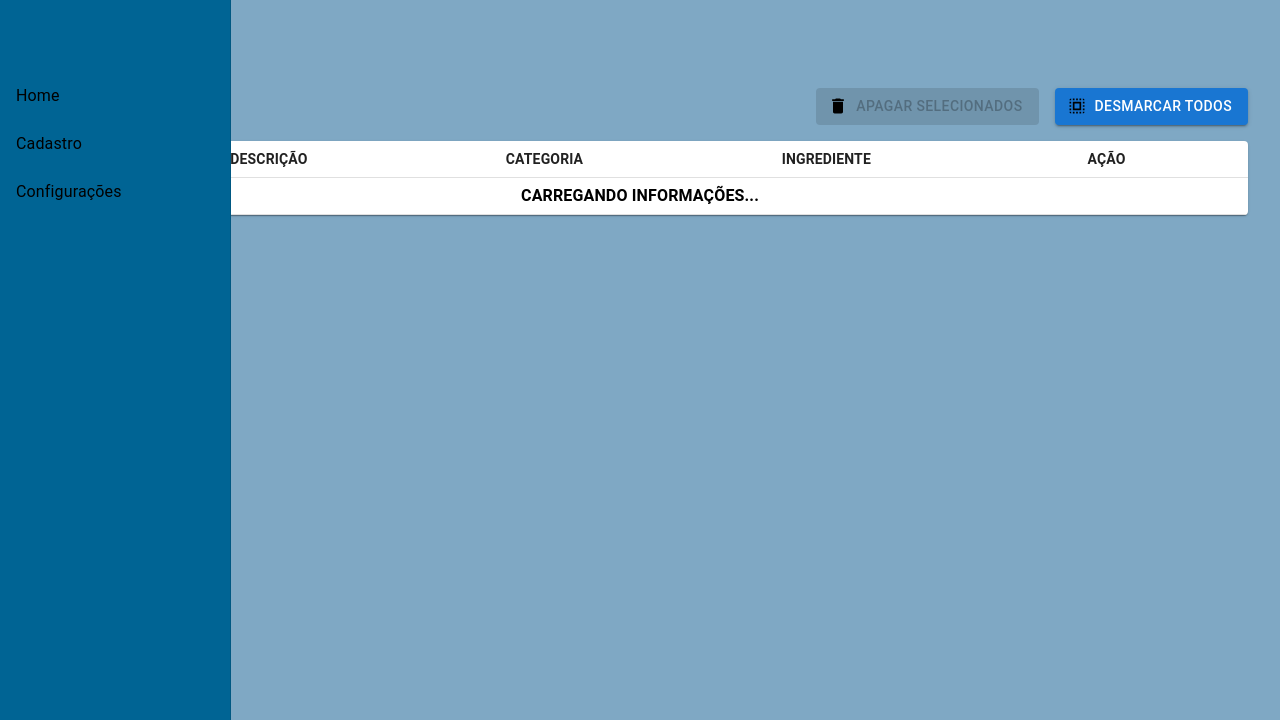
Repository: oZanella/projeto_windel_web_CRM
Page: /
The author's editor kept a copy of each file at every save. The page is drawn from the files as they stood at one save, then again after a run of saves.
The browser window is 1280 px wide. The pictures show the whole page.
The page's requests for data from a server got no answer. The project was rebuilt for these pictures with package versions that can differ from the ones it lists, and the page was loaded fresh each time. No one was signed in, and anything a server would have sent is missing. Also part of the build but not shown: vite.config.js, src/components/Button.jsx, src/components/ModalConfirmDelete.jsx, src/routes/Configuracoes.jsx. Imported but missing from the stored project, and not drawn on this page: src/routes/Cadastro.jsx.

Above is the page before, as saved 2024-08-19 08:42:32.

### index.html
<!doctype html>
<html lang="en">

<head>
  <meta charset="UTF-8" />
  <link rel="icon" type="image/svg+xml" href="./src/image/LogoWindel.svg" />
  <link rel="stylesheet" href="src/style/GlobalStyles.css" />
  <link href="https://fonts.googleapis.com/css2?family=Playfair+Display&display=swap" rel="stylesheet">

  <meta name="viewport" content="width=device-width, initial-scale=1.0" />
  <title>Projeto Teste - CRM </title>
</head>

<body>
  <div id="root"></div>
  <script type="module" src="/src/main.jsx"></script>
</body>

</html>

### src/style/GlobalStyles.css
:root {
  --click: #7fa8c4;
  --primary: #E8F1F2;
  --darkblue: #13293D;
  --secondary: #000000;
  --ligthblue: #1b98e0;
  --animation: #006494;
  --ligthkgrey: #D3D3D3;
  --blueceledron: #247ba0;
  --delete: #FF0000;
}

* {
    color: var(--secondary);
}

body {
  background-color: var(--click);
}

### src/main.jsx
import { createBrowserRouter, RouterProvider, Navigate } from "react-router-dom"
import { createRoot } from 'react-dom/client'
import { StrictMode } from 'react'
import { App } from './App.jsx'

import './style/GlobalStyles.css'

//páginas do projeto
import { Cadastro } from './routes/Cadastro.jsx'
import { Home } from './routes/Home.jsx'
import { Configuracoes } from './routes/configuracoes.jsx'

const router = createBrowserRouter([
  {
    element: <App />,
    children: [
      {
        path: '/',
        element: <Navigate to="/home" replace />,
      },
      {
        path: '/home',
        element: <Home />,
      },
      {
        path: '/cadastro',
        element: <Cadastro />,
      },
      {
        path: '/configuracoes',
        element: <Configuracoes />,
      },
    ],
  },
])

createRoot(document.getElementById('root')).render(
  <StrictMode>
    <RouterProvider router={router} />
  </StrictMode>,
)

### src/App.jsx
import { Header } from './components/Header'
import { Outlet } from 'react-router-dom'
import { Box } from '@mui/material'
import './style/GlobalStyles.css'

export function App() {
  return (
    <Box sx={{ p: { xs: 2, sm: 3 }, marginTop: { xs: 8, sm: 8 } }}>
      <Header />
      <Box>
        <Outlet />
      </Box>
    </Box>
  );
}

### src/routes/Home.jsx
import React, { useEffect, useState } from 'react';
import { Box, TextField, Button, Dialog, DialogActions, DialogContent, DialogTitle, Select, MenuItem, FormControl, InputLabel } from '@mui/material';

import { handleShowDetails, handleEdit, handleSave, handleInputChange } from '../components/Handle';
import { CardDados } from '../components/TableHome';

import { blogFetch } from '../axios/config';


export const Home = () => {
  const [posts, setPosts] = useState([]);
  const [selectInfo, setSelectInfo] = useState(null);
  const [modeEdit, setModeEdit] = useState(null);
  const [dataEdit, setDataEdit] = useState({});
  const [openAddDialog, setOpenAddDialog] = useState(false);
  const [newPost, setNewPost] = useState({ name: '', description: '', category: '' });

  const getPosts = async () => {
    try {
      const response = await blogFetch.get("/recipe");
      const uniqueData = response.data.filter((value, index, self) =>
        index === self.findIndex((t) => t.id === value.id)
      );
      setPosts(uniqueData); // Garante que não tenha dados duplicados
    } catch (error) {
      console.log(error);
    }
  };

  useEffect(() => {
    getPosts();
  }, []);

  const handleDelete = async (postId) => {
    try {
      await blogFetch.delete(`/recipe/${postId}`);
      setPosts(posts.filter(post => post.id !== postId));
      console.log('Post deletado com sucesso');
    } catch (error) {
      console.error('Erro ao deletar o post', error);
    }
  };

  const handleAddOpen = () => setOpenAddDialog(true);
  const handleAddClose = () => setOpenAddDialog(false);

  {/* API para envio do novo registro*/ }
  const handleAdd = async () => {
    try {
      const newPostFormatted = {
        name: newPost.name,
        description: newPost.description,
        ingredients: [],
        category: newPost.category,
        isFavorite: newPost.isFavorite
      };

      const response = await blogFetch.post("/recipe", newPostFormatted);
      setPosts([...posts, response.data]);
      setNewPost({ name: '', description: '', category: '', isFavorite: false });
      handleAddClose();
      console.log('Post adicionado com sucesso');
    } catch (error) {
      console.error('Erro ao adicionar o post', error);
    }
  };

  return (
    <Box>
      {/* Dados para Adicionar Novo Registro */}
      <Dialog open={openAddDialog} onClose={handleAddClose}>
        <DialogTitle>Adicionar Novo Registro</DialogTitle>
        <DialogContent>
          <TextField
            name="name"
            label="Nome"
            value={newPost.name}
            onChange={(e) => setNewPost({ ...newPost, name: e.target.value })}
            fullWidth
            sx={{ marginBottom: 2 }}
          />
          <TextField
            name="description"
            label="Descrição"
            value={newPost.description}
            onChange={(e) => setNewPost({ ...newPost, description: e.target.value })}
            fullWidth
            sx={{ marginBottom: 2 }}
          />
          <TextField
            name="category"
            label="Categoria"
            value={newPost.category}
            onChange={(e) => setNewPost({ ...newPost, category: e.target.value })}
            fullWidth
            sx={{ marginBottom: 2 }}
          />
          <FormControl fullWidth sx={{ marginBottom: 2 }}>
            <InputLabel>Favorito</InputLabel>
            <Select
              name="isFavorite"
              value={newPost.isFavorite}
              onChange={(e) => setNewPost({ ...newPost, isFavorite: e.target.value })}
              label="Favorito"
            >
              <MenuItem value={true}>Sim</MenuItem>
              <MenuItem value={false}>Não</MenuItem>

            </Select>
          </FormControl>
        </DialogContent>
        <DialogActions>
          <Button onClick={handleAddClose}>Cancelar</Button>
          <Button onClick={handleAdd}>Adicionar</Button>
        </DialogActions>
      </Dialog>

      <CardDados
        posts={posts}
        handleDelete={handleDelete}
        handleEdit={handleEdit}
        handleSave={handleSave}
        modeEdit={modeEdit}
        setModeEdit={setModeEdit}
        dataEdit={dataEdit}
        setDataEdit={setDataEdit}
        handleInputChange={handleInputChange}
        selectInfo={selectInfo}
        setSelectInfo={setSelectInfo}
        handleShowDetails={handleShowDetails}
      />
    </Box>
  );
};

### src/components/Header.jsx
import { AppBar, Toolbar, Typography, Box, Button, IconButton, Drawer, List, ListItem, ListItemText } from '@mui/material';
import MenuIcon from '@mui/icons-material/Menu';
import Logo from '../image/LogoWindel.svg';
import { Link } from 'react-router-dom';
import React, { useState } from 'react';

export const Header = () => {
  const [isDrawerOpen, setIsDrawerOpen] = useState(false);

  const toggleDrawer = (open) => () => {
    setIsDrawerOpen(open);
  };

  const menuItems = [
    { text: 'Home', link: '/home' },
    { text: 'Cadastro', link: '/cadastro' },
    { text: 'Configurações', link: '/configuracoes' },
  ];

  return (
    <>

      <AppBar
        position="fixed"
        sx={{
          display: { xs: 'flex', sm: 'none' },
          width: '100%',
          boxShadow: '0px 0.01px 11px var(--secondary)',
          top: 0,
          left: 0,
          backgroundColor: 'var(--darkblue)',
        }}
      >
        <Toolbar
          sx={{
            display: 'flex',
            justifyContent: 'space-between',
          }}
        >
          <IconButton
            edge="start"
            color="inherit"
            aria-label="menu"
            onClick={toggleDrawer(true)}
          >
            <MenuIcon />

          </IconButton>
          <Typography variant="h6" sx={{ flexGrow: 1 }}>
            Cooking Cake
          </Typography>

          <IconButton
            to={`/home`}
            sx={{
              cursor: 'default',
            }}
            component={Link}
            aria-label="logo"
          >
            <img src={Logo} alt="Logo" style={{ width: '50px', height: '40px' }} />
          </IconButton>
        </Toolbar>
      </AppBar>


      <Drawer
        anchor="left"
        open={isDrawerOpen}
        onClose={toggleDrawer(false)}
        sx={{
          display: { xs: 'block', sm: 'none' },
          '& .MuiDrawer-paper': {
            width: 240,
            backgroundColor: 'var(--darkblue)',
          },
        }}
      >
        <List>
          {menuItems.map((item) => (
            <ListItem key={item.text} component={Link} to={item.link} onClick={toggleDrawer(false)}>
              <ListItemText primary={item.text} />
            </ListItem>
          ))}
        </List>
      </Drawer>


      <Drawer
        variant="permanent"
        sx={{
          display: { xs: 'none', sm: 'block' },
          '& .MuiDrawer-paper': {
            width: 230,
            backgroundColor: 'var(--animation)',
          },
        }}
        open
      >
        <Toolbar />
        <Box sx={{ overflow: 'auto' }}>
          <List>
            {menuItems.map((item) => (
              <ListItem key={item.text} component={Link} to={item.link}>
                <ListItemText primary={item.text} />
              </ListItem>
            ))}
          </List>
        </Box>
      </Drawer>

      {/* Area do main */}
      <Box
        component="main"
        sx={{

        }}
      >

      </Box>
    </>
  );
};

### src/components/Handle.jsx

import { blogFetch } from '../axios/config';


export const handleShowDetails = (post, setSelectInfo, selectInfo) => {
  if (selectInfo?.id === post.id) {
    setSelectInfo(null); // Fecha se já estiver aberto
  } else {
    setSelectInfo(post); // Abre o post atual
  }
};

export const handleEdit = (post, setModeEdit, setDataEdit) => {
  setModeEdit(post.id);
  setDataEdit(post);
};

//continua com erro, verificar!!
export const handleSave = async (postId, updateData) => {
  try {
    // Envie uma requisição PUT ou POST para salvar os dados atualizados
    const response = await blogFetch.put(`/blogFetch/posts/${postId}`, updateData);
    console.log('Dados salvos com sucesso', response.data);

  } catch (error) {
    console.error('Erro de API', error);
  }
};

export const handleInputChange = (e, setDataEdit) => {
  setDataEdit(prevDataEdit => ({ ...prevDataEdit, [e.target.name]: e.target.value }));
};

### src/components/TableHome.jsx
import React, { useState, useEffect } from 'react';
import {
  Table, TableBody, TableCell, TableContainer, TableHead, TableRow, Typography, Box, Button, IconButton, TextField, Dialog, DialogContent, DialogActions, FormControlLabel, Switch, Chip, Paper, Checkbox
} from '@mui/material';
import EditIcon from '@mui/icons-material/Edit';
import SaveIcon from '@mui/icons-material/Save';
import AddIcon from '@mui/icons-material/Add';
import CloseIcon from '@mui/icons-material/Close';
import DeleteIcon from '@mui/icons-material/Delete';
import SelectAllIcon from '@mui/icons-material/SelectAll';
import axios from 'axios';
import { DeleteButton } from './Button';

const API_BASE_URL = 'https://teste-tecnico-front-api.up.railway.app';

export const CardDados = ({
  posts, setPosts, handleDelete
}) => {
  const [openModal, setOpenModal] = useState(false);
  const [currentPost, setCurrentPost] = useState(null);
  const [dataEdit, setDataEdit] = useState({});
  const [newIngredient, setNewIngredient] = useState('');
  const [selectedPosts, setSelectedPosts] = useState([]);

  useEffect(() => {
    if (currentPost) {
      setDataEdit({ ...currentPost });
    }
  }, [currentPost]);

  const handleEditOpen = (post) => {
    setCurrentPost(post);
    setOpenModal(true);
  };

  const handleEditClose = () => {
    setOpenModal(false);
    setCurrentPost(null);
    setNewIngredient('');
  };

  const handleSaveModal = async () => {
    if (currentPost) {
      try {
        await axios.put(`${API_BASE_URL}/posts/${currentPost.id}`, dataEdit);
        const response = await axios.get(`${API_BASE_URL}/posts`);
        setPosts(response.data);
        handleEditClose();
      } catch (error) {
        console.error('Error ao salvar:', error);
      }
    }
  };

  const handleAddIngredient = () => {
    if (newIngredient.trim() !== '') {
      setDataEdit((prevData) => ({
        ...prevData,
        ingredients: [...(prevData.ingredients || []), newIngredient.trim()],
      }));
      setNewIngredient('');
    }
  };

  const handleRemoveIngredient = (ingredientToRemove) => {
    setDataEdit((prevData) => ({
      ...prevData,
      ingredients: (prevData.ingredients || []).filter((ingredient) => ingredient !== ingredientToRemove),
    }));
  };

  const handleSelectAll = () => {
    if (selectedPosts.length === posts.length) {
      setSelectedPosts([]); // Deselect all
    } else {
      setSelectedPosts(posts.map(post => post.id)); // Select all
    }
  };

  const handleDeleteSelected = async () => {
    try {
      await Promise.all(selectedPosts.map(id => axios.delete(`${API_BASE_URL}/posts/${id}`)));
      const response = await axios.get(`${API_BASE_URL}/posts`);
      setPosts(response.data);
      setSelectedPosts([]);
    } catch (error) {
      console.error('Error ao apagar os registros:', error);
    }
  };

  const handleSelectPost = (id) => {
    setSelectedPosts(prevSelected =>
      prevSelected.includes(id)
        ? prevSelected.filter(postId => postId !== id)
        : [...prevSelected, id]
    );
  };

  return (
    <>
      <Box sx={{ display: 'flex', justifyContent: 'flex-end', mb: 2 }}>
        <Button
          variant="contained"
          color="error"
          startIcon={<DeleteIcon />}
          onClick={handleDeleteSelected}
          disabled={selectedPosts.length === 0}
          sx={{ marginRight: 2 }}
        >
          Apagar Selecionados
        </Button>
        <Button
          variant="contained"
          color="primary"
          startIcon={<SelectAllIcon />}
          onClick={handleSelectAll}
        >
          {selectedPosts.length === posts.length ? 'Desmarcar Todos' : 'Selecionar Todos'}
        </Button>
      </Box>

      {/* Tabela aonde aparece os dados */}
      <TableContainer component={Paper} sx={{ overflowX: 'auto' }}>
        <Table size='small'>
          <TableHead>
            <TableRow>
              <TableCell sx={{ fontWeight: 'bold', textTransform: 'uppercase' }}>Nome</TableCell>
              <TableCell sx={{ fontWeight: 'bold', textTransform: 'uppercase' }}>Descrição</TableCell>
              <TableCell sx={{ fontWeight: 'bold', textTransform: 'uppercase' }}>Categoria</TableCell>
              <TableCell sx={{ fontWeight: 'bold', textTransform: 'uppercase' }}>Ingrediente</TableCell>
              <TableCell sx={{ fontWeight: 'bold', textTransform: 'uppercase' }}>Ação</TableCell>
            </TableRow>
          </TableHead>
          <TableBody>
            {posts.length === 0 ? (
              <TableRow>
                <TableCell colSpan={5} align="center">
                  <Typography variant="body1" sx={{ fontWeight: 'bold', textTransform: 'uppercase' }}>Carregando informações...</Typography>
                </TableCell>
              </TableRow>
            ) : (
              posts.map((post) => (
                <TableRow sx={{ height: 'auto' }} key={post.id}>
                  <TableCell sx={{ padding: '8px' }}>
                    {post.name}
                  </TableCell>
                  <TableCell sx={{ padding: '8px' }}>{post.description}</TableCell>
                  <TableCell sx={{ padding: '8px' }}>{post.category}</TableCell>

                  <TableCell sx={{ padding: '8px' }}>
                    <Box sx={{
                      display: 'flex',
                      flexWrap: 'wrap',
                      overflowX: 'auto',
                      gap: 1,
                      width: '100%',
                    }}>
                      {post.ingredients && post.ingredients.length > 0 ? (
                        post.ingredients.map((ingredient) => (
                          <Box
                            key={ingredient.id}
                            sx={{
                              display: 'flex',
                              flexDirection: 'column',
                              alignItems: 'flex-start',
                              marginRight: 1,
                              marginBottom: 1,
                            }}
                          >
                            <Typography variant="body1">{ingredient.name}</Typography>
                            <Typography variant="body2" color="textSecondary">
                              Quantidade: {ingredient.quantity}
                            </Typography>
                          </Box>
                        ))
                      ) : (
                        <Typography variant="body2">Nenhum ingrediente disponível</Typography>
                      )}
                    </Box>
                  </TableCell>

                  <TableCell>
                    <Box sx={{ display: 'flex', alignItems: 'center' }}>
                      <Checkbox
                        checked={selectedPosts.includes(post.id)}
                        onChange={() => handleSelectPost(post.id)}
                        color="primary"
                      />
                      <IconButton
                        color="primary"
                        onClick={() => handleEditOpen(post)}
                        sx={{ mr: 1 }}
                      >
                        <EditIcon />
                      </IconButton>
                      <IconButton
                        color="error"
                        onClick={() => handleDelete(post.id)}
                      >
                        <DeleteIcon />
                      </IconButton>
                    </Box>
                  </TableCell>
                </TableRow>
              ))
            )}
          </TableBody>
        </Table>
      </TableContainer>

      {/* Modal de edição */}
      <Dialog open={openModal} onClose={handleEditClose} fullWidth maxWidth="sm">
        <DialogContent>
          {currentPost && (
            <Box component="form" sx={{ display: 'flex', flexDirection: 'column', gap: 2 }}>
              <TextField
                name="name"
                label="Nome"
                value={dataEdit.name || ''}
                onChange={(e) => setDataEdit({ ...dataEdit, name: e.target.value })}
                fullWidth
                sx={{ marginBottom: 2 }}
              />
              <TextField
                name="description"
                label="Descrição"
                value={dataEdit.description || ''}
                onChange={(e) => setDataEdit({ ...dataEdit, description: e.target.value })}
                fullWidth
                sx={{ marginBottom: 2 }}
              />
              <TextField
                name="category"
                label="Categoria"
                value={dataEdit.category || ''}
                onChange={(e) => setDataEdit({ ...dataEdit, category: e.target.value })}
                fullWidth
                sx={{ marginBottom: 2 }}
              />
              <FormControlLabel
                control={
                  <Switch
                    checked={dataEdit.isFavorite || false}
                    onChange={(e) => setDataEdit({ ...dataEdit, isFavorite: e.target.checked })}
                    name="isFavorite"
                    color="primary"
                  />
                }
                label="Favorito"
                sx={{ marginTop: 1 }}
              />
              <Box sx={{ marginTop: 2 }}>
                <Typography variant="h6" sx={{ mb: 1 }}>Ingredientes</Typography>
                {dataEdit.ingredients && dataEdit.ingredients.map((ingredient, index) => (
                  <Chip
                    key={index}
                    label={`${ingredient.name} (${ingredient.quantity})`}
                    onDelete={() => handleRemoveIngredient(ingredient)}
                    sx={{ marginRight: 1, marginBottom: 1 }}
                    deleteIcon={<CloseIcon />}
                  />
                ))}
                <Box sx={{ display: 'flex', alignItems: 'center', mt: 2 }}>
                  <TextField
                    value={newIngredient}
                    onChange={(e) => setNewIngredient(e.target.value)}
                    label="Novo ingrediente"
                    variant="outlined"
                    size="small"
                    sx={{ marginRight: 1 }}
                  />
                  <Button
                    variant="contained"
                    color="primary"
                    onClick={handleAddIngredient}
                    startIcon={<AddIcon />}
                  >
                    Adicionar
                  </Button>
                </Box>
              </Box>
            </Box>
          )}
        </DialogContent>
        <DialogActions>
          <Button onClick={handleEditClose} color="inherit">
            Cancelar
          </Button>
          <Button
            onClick={handleSaveModal}
            color="primary"
            variant="contained"
            startIcon={<SaveIcon />}
          >
            Salvar
          </Button>
        </DialogActions>
      </Dialog>
    </>
  );
};

### src/axios/config.jsx
// src/axios/config.js
import axios from 'axios';

export const blogFetch = axios.create({
  baseURL: 'https://teste-tecnico-front-api.up.railway.app',
  headers: {
    'Content-Type': 'application/json',
  },
});

After the next 2 saves:
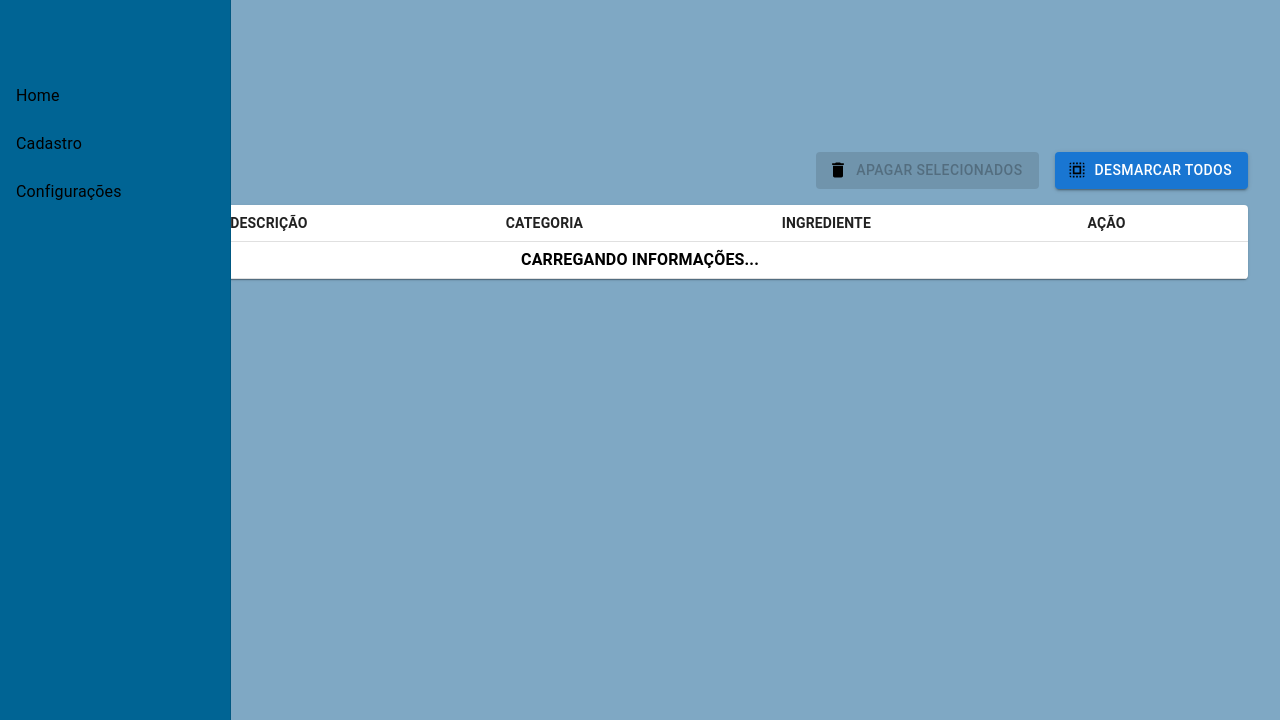
The 2 saves are shown as one change because they came seconds apart.
The last was saved 36 s later.
--- a/src/components/Header.jsx
+++ b/src/components/Header.jsx
@@ -113,7 +113,7 @@ export const Header = () => {
       <Box
         component="main"
         sx={{
-
+          pt: '64px',
         }}
       >
 
